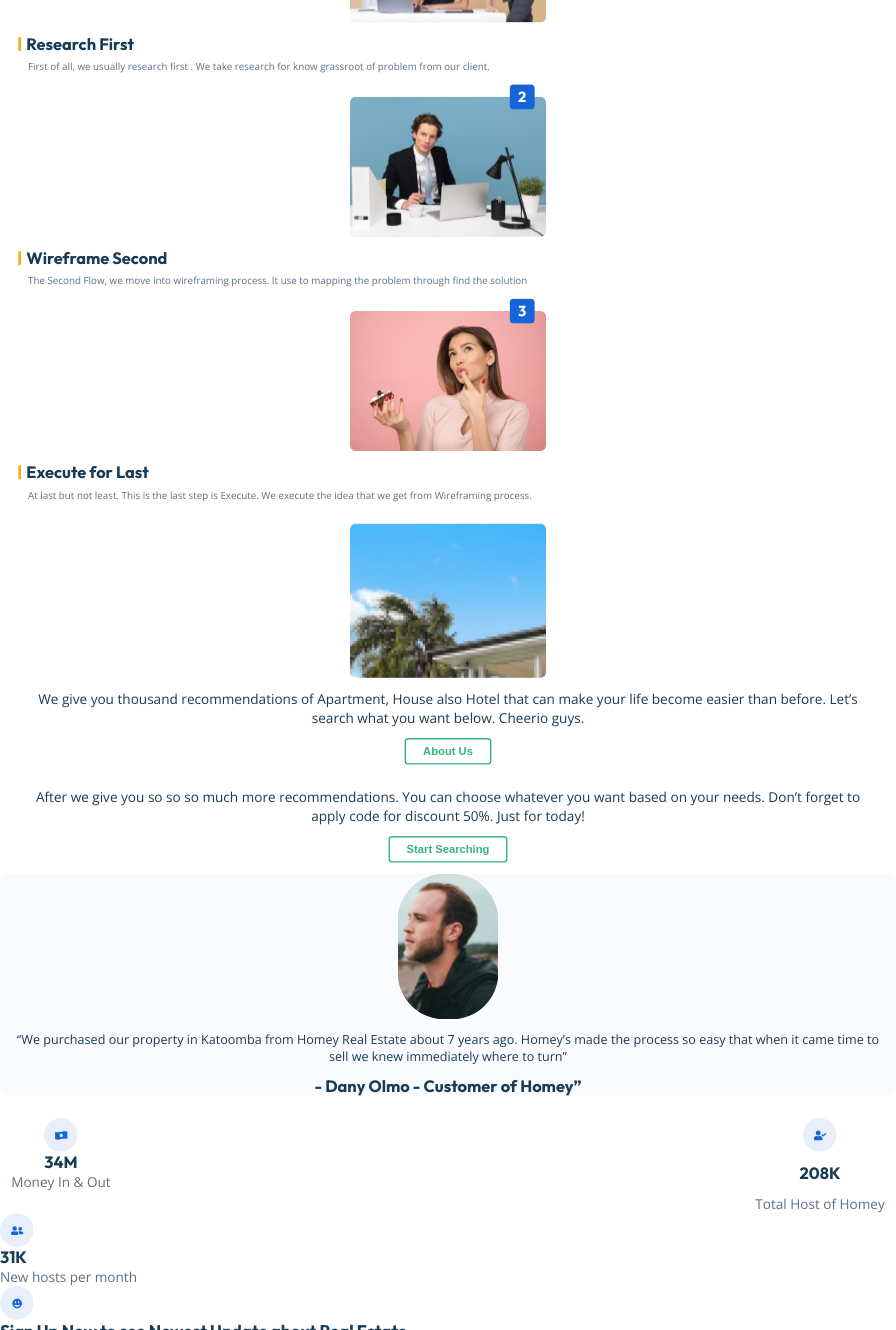
Repository: gustavoRichardt/prova-front
Page: index.html
An editor plug-in stored every save of this project. The page is shown before and after the next save, followed by the edit.
The browser window is 1280 px wide. The pictures show the part of the page from y = 2886 to 4786 px (the page is 5695 px tall before and 5673 px after), at 70% of full size.
A picture or video elsewhere on the page could not be fetched, so the positions and the page height are approximate.

Above is the page before, as saved 2026-09-01 15:03:50.

### index.html
<!DOCTYPE html>
<html lang="en">
<head>
    <meta charset="UTF-8">
    <meta name="viewport" content="width=device-width, initial-scale=1.0">
    <link rel="stylesheet" href="./style.css">


    <link rel="preconnect" href="https://fonts.googleapis.com">
<link rel="preconnect" href="https://fonts.gstatic.com" crossorigin>
<link href="https://fonts.googleapis.com/css2?family=Newsreader:ital,opsz,wght@0,6..72,200..800;1,6..72,200..800&family=Outfit:wght@100..900&family=Plus+Jakarta+Sans:ital,wght@0,200..800;1,200..800&family=Space+Grotesk:wght@300..700&display=swap" rel="stylesheet">


    <link rel="preconnect" href="https://fonts.googleapis.com">
<link rel="preconnect" href="https://fonts.gstatic.com" crossorigin>
<link href="https://fonts.googleapis.com/css2?family=Open+Sans:ital,wght@0,300..800;1,300..800&display=swap" rel="stylesheet">

<title>Document</title>
</head>
<body>

    <!--Cabeçalho-->

    <header class="cabecalho">
        <img src="imagens/logo.svg" alt="Logo da EHYA.">
        <img src="imagens/menu-hamburguer.svg" alt="Menu hambúrguer.">
    </header>

<main>

    <!--Hero-->

    <section class="hero">

        <h1>Best Real Estate Advice for Your Homey</h1>
        <p>We give you thousand recommendations of Apartment,
           House also Hotel that can make your life become easier than before. Let’s search what you want below</p>

            <!--Bloco de Pesquisa-->

            <div class="bloco-pesquisa">

            <div class="lupa-titulo">
                <img src="imagens/lupa-pesquisa.svg" alt="Lupa de pesquisa.">
                <p>Search City, Adress, or Country</p>
            </div>
                <button class="search-now">Search Now</button>
            </div>

        <div class="imagem-casa-hero">
            <img src="imagens/casa-hero.png" alt="Casa moderna na cor branca.">

            <h3>Don’t worry to Fail. We have Experienced with Big Company’s</h3>

        <!--Conjunto de Logos 1-->

        <div class="conjunto-logos1">
            <img src="imagens/logo-slack.svg" alt="Logo da Slack.">
            <img src="imagens/logo-netflix.svg" alt="Logo da Netflix.">
        </div>

        <!--Conjunto de Logos 2-->

        <div class="conjunto-logos2">
            <img src="imagens/logo-fitbit.svg" alt="Logo da Fitbit">
            <img src="imagens/logo-google.svg" alt="Logo do Google.">
        </div>

        <!--Conjunto de Logos 3-->

        <div class="conjunto-logos3">
            <img src="imagens/logo-airbnb.svg" alt="Logo da Airbnb.">
            <img src="imagens/logo-uber.svg" alt="Logo do Uber.">
        </div>
    </section>

        <!--Underline-->

            <div class="underline">
                <img src="imagens/traço-divisao.svg" alt="Underline usado para realizar a divisão das sessões quando necessário.">
            </div>

            <!--About Us-->

    <section class="about-us">

        <div class="about-us-introducao">
            <h3>ABOUT US</h3>
            <h2>Buying or Rent Homey it’s Very Easy. Just like Click, Search & Find </h2>
            <img src="imagens/casa-about-us.svg" alt="Casa minimalista na cor branca.">
        </div>


        <!--Digital Era-->

        <div class="digital-era">
            <h2>We live on Digital Era. We can help you in Our Expertise about Homey</h2>
            <p>Listing more than one? Enjoy full control over your advertisements, manage your entire space.
                Once you list a property on our platform, you only have to sit back and watch the world want it.</p>
        </div>

        <p>If you’re looking for a real estate service that will operate as an extension to your family - stay with us and see!</p>


        <!--Player e See How We Works-->

    <div class="about-us-veja">
        <img src="imagens/player.svg" alt="Símbolo de um player azul
        (como aqueles para continuar um vídeo no Youtube enquanto o mesmo está pausado).">

        <h3>See How We Works</h3>
        <img src="imagens/seta.svg" alt="Símbolo de uma seta azul.">
    </div>

    <!--Parte da Casa Verde-->

    <div class="about-us-casa-verde">
        <img src="imagens/casa-verde-about-us.svg" alt="Foto de um prédio de madeira na cor verde.">
        <h2>Transparent Commission and Payment under Our Trusted License</h2>
        <p>When your Homey Sold, Buyed or Booked with New Guests. You may to have 50% Commission based on Budget Deals.
           So, Don’t Worry brother :)</p>
    </div>

    <!--Lista de Benefícios-->

        <ul>
            <li>
                <img src="imagens/simbolo-check.svg" alt="Símbolo de check na cor verde.">
                <a>100% Trusted</a>
            </li>

            <li>
                <img src="imagens/simbolo-check.svg" alt="Símbolo de check na cor verde.">
                <a>Indomaret Support</a>
            </li>

            <li>
                <img src="imagens/simbolo-check.svg" alt="Símbolo de check na cor verde.">
                <a>LinkAja or Ovo. Bebas</a>
            </li>

            <li>
                <img src="imagens/simbolo-check.svg" alt="Símbolo de check na cor verde.">
                <a>Customer Support 24/7</a>
            </li>

            <li>
                <img src="imagens/simbolo-check.svg" alt="Símbolo de check na cor verde.">
                <a>Get paid quickly</a>
            </li>
        </ul>
    </section>

    <!--Seção How Us Work-->

    <section class="how-us-work">

    <div class="how-us-work-introducao">

        <h2>Do you want to know, How Us Work?</h2>
        <p>Let me show you the flow of our work. We want to transparent to you.
            We believe, you must know what we work for you. We want to educate you what you face today.</p>
    </div>

    <!--Card 1-->

    <div class="how-us-work-passo1">

        <img src="imagens/passo1-how-us-work.svg" alt="Pessoas em volta de um notebook pesquisando sobre um projeto.
        Com um card com o número 1 acima da imagem, simbolizando o primeiro passo.">
    </div>

        <div class="marcador-titulo-passo1">
            <img src="imagens/marcador-amarelo.svg" alt="Marcador amarelo.">
            <h3>Research First</h3>
        </div>

    <div class="p-passo1">
        <p>First of all, we usually research first . We take research for know grassroot of problem from our client.</p>
    </div>

    <!--Card 2-->

    <div class="how-us-work-passo2">

        <img src="imagens/passo2-how-us-work.svg" alt="Homem sentado em sua mesa de trabalho olhando para o horizonte em busca de soluções.
        Com um card com o número 2 acima da imagem, simbolizando o segundo passo.">
    </div>

        <div class="marcador-titulo-passo2">
            <img src="imagens/marcador-amarelo.svg" alt="Marcador amarelo.">
            <h3>Wireframe Second</h3>
        </div>

    <div class="p-passo2">
        <p>The Second Flow, we move into wireframing process. It use to mapping the problem through find the solution</p>
    </div>

    <!--Card 3-->

    <div class="how-us-work-passo3">

        <img src="imagens/passo3-how-us-work.svg" alt="Mulher comendo um doce, simbolizando a etapa final do processo.
         Com um card com o número 3 acima da imagem, simbolizando o terceiro passo.">
    </div>

         <div class="marcador-titulo-passo3">
            <img src="imagens/marcador-amarelo.svg" alt="Marcador amarelo.">
            <h3>Execute for Last</h3>
         </div>

    <div class="p-passo3">
         <p>At last but not least. This is the last step is Execute. We execute the idea that we get from Wireframing process.</p>
    </div>

    <div class="recomendacoes">
        <div class="imagem-recomendacoes">
            <img src="imagens/casa-how-us-work.png" alt="Casa de madeira com dois andares na cor branca.">
        </div>
            <p>We give you thousand recommendations of Apartment, House also Hotel that can make your life become easier than before.
                Let’s search what you want below. Cheerio guys.</p>
    </div>

    <!--Botão About Us-->

    <div class="how-us-work-about-us">
        <button class="button-about-us">About Us</button>

        <p>After we give you so so so much more recommendations.
            You can choose whatever you want based on your needs. Don’t forget to apply code for discount 50%. Just for today!</p>
    </div>

    <!--Botão Start Searching-->

        <button class="start-searching">Start Searching</button>
    </section>

    <!--Dany Olmo-->

    <section class="dany-olmo">

        <img src="imagens/dany-olmo.svg" alt="Foto de rosto de Dany Olmo, Cliente da Homey.">
        <p>“We purchased our property in Katoomba from Homey Real Estate about 7 years ago.
            Homey’s made the process so easy that when it came time to sell we knew immediately where to turn”</p>

        <h3>- Dany Olmo - Customer of Homey”</h3>
    </section>

    <section class="dados">

        <!--Dados-->

    <div class="conjunto-dados1">
        <div class="dinheiro">

            <img src="imagens/dinheiro.svg" alt="Desenho de uma nota de dinheiro.">
            <h3>34M</h3>
            <p>Money In & Out</p>
        </div>

        <div class="total-hospedeiros">

            <img src="imagens/total-hospedeiros.svg" alt="Desenho de uma pessoa com um símbolo de chech do lado.">
            <h3>208K</h3>
            <p>Total Host of Homey</p>
        </div>
    </div>

        <div class="novos-hospedeiros">

            <img src="imagens/novos-hospedeiros.svg" alt="Duas pessoas lado a lado.">
            <h3>31K</h3>
            <p>New hosts per month</p>
        </div>

        <div class="clientes-felizes">

            <img src="imagens/clientes-felizes.svg" alt="Desenho de uma carinha com um sorriso.">
        </div>
    </section>

    <!--Cadastre-se-->

    <section class="cadastre-se">

        <h2>Sign Up Now to see Newest Update about Real Estate</h2>
        <p>Just insert your email into the field below. You already can to know update about Real Estate from entire the world.
            What are you waiting for?</p>

        <button class="email">
            <p>Your email</p>
            <img src="imagens/email.svg" alt="Símbolo da caixa de entrada do email.">
        </button>

        <p>You can Unsubsribe anytime when you feels our notif is diturbing</p>
    </section>

</main>

    <footer class="rodape">

        <!--Rodapé-->

        <ul class="rodape-product">
            <p>Product</p>
            <li><a>Landingpage</a></li>
            <li><a>Features</a></li>
            <li><a>Documentation</a></li>
            <li><a>Referral Program</a></li>
            <li><a>Pricing</a></li>
        </ul>

        <ul class="rodape-services">
            <p>Services</p>
            <li><a>Documentation</a></li>
            <li><a>Design</a></li>
            <li><a>Themes</a></li>
            <li><a>Illustrations</a></li>
            <li><a>UI Kit</a></li>
        </ul>

        <ul class="rodape-company">
            <p>Company</p>
            <li><a>About</a></li>
            <li><a>Terms</a></li>
            <li><a>Privacy Policy</a></li>
            <li><a>Careers</a></li>
        </ul>

        <ul class="rodape-more">
            <p>More</p>
            <li><a>Documentation</a></li>
            <li><a>License</a></li>
            <li><a>Changelog</a></li>
        </ul>

        <!--Final do Rodapé-->

        <img src="imagens/logo.svg" alt="Logo da EHYA.">
        <p>Build a modern and creative website with crealand</p>
        <img src="imagens/logo-redes-sociais.svg">

    </footer>

</body>
</html>

### style.css
*{
    box-sizing: border-box;
    margin: 0;
    padding: 0;
}

html, body {
    width: 100%;
    max-width: 100vw;
    overflow-x: hidden;
}

img {
    max-width: 100%;
    height: auto;
    display: block;
}

h1 {
    font-family: "Outfit", sans-serif;
    color: #183B56;
    text-align: center;
    margin-top: 3rem;
    margin-bottom: 2rem;

    font-size: clamp(2rem, 1.5714rem + 2.1429vw, 3.5rem);
}

h2 {
    color: #183B56;
    font-family: "Outfit", sans-serif;
}

h3 {
    font-family: "Outfit", sans-serif;
    color: #183B56;

    font-size: clamp(1.25rem, 1.1786rem + 0.3571vw, 1.5rem);
}

p {
    font-family: "Open Sans", sans-serif;
    color: #5A7184;

    font-size: clamp(1rem, 0.9286rem + 0.3571vw, 1.25rem);
}

/*Cabeçalho*/

.cabecalho {
    display: flex;
    justify-content: space-between;
    margin: 1rem;
}

/*Hero*/

.hero p {
    margin-left: 1rem;
    margin-right: 1rem;
    text-align: center;
}

.bloco-pesquisa {
    border-radius: 10px;
    background-color: white;
}

.lupa-titulo {
    display: flex;
    margin-top: 2rem;
    justify-content: center;
}

.search-now {
    background-color: #1565D8;
    color: white;
    display: block;
    margin: 0 auto;
    border: none;
    border-radius: 5px;
    margin-top: 1rem;
    margin-bottom: 1rem;

    font-size: clamp(1rem, 0.9643rem + 0.1786vw, 1.125rem);

    padding-top: 1rem;
    padding-bottom: 1rem;
    padding-left: 6rem;
    padding-right: 6rem;
}

.hero h3 {
    margin-left: 1rem;
    margin-right: 1rem;
    margin-bottom: 2rem;
    margin-top: 2rem;

    text-align: center;
}

.conjunto-logos1 {
    display: flex;
    gap: 3rem;
    justify-content: space-around;
    margin-left: 1rem;
    margin-right: 1rem;
    margin-bottom: 2rem;

}

.conjunto-logos2 {
    display: flex;
    gap: 3rem;
    justify-content: space-around;
    margin-left: 1rem;
    margin-right: 1rem;
    margin-bottom: 2rem;
}

.conjunto-logos3 {
    display: flex;
    gap: 3rem;
    justify-content: space-around;
    margin-left: 1rem;
    margin-right: 1rem;
    margin-bottom: 2rem;
}

.underline {
    margin-top: 2rem;
    margin-bottom: 3rem;
    display: flex;
    justify-content: center;
}

/*About Us*/

.about-us-introducao h3 {
    color: #36B37E;
    display: flex;
    justify-content: center;
    margin-bottom: 1rem;

    text-align: center;

    font-size: clamp(0.875rem, 0.875rem + 0vw, 0.875rem);
}

.about-us-introducao h2 {
    font-size: clamp(1.75rem, 1.6071rem + 0.7143vw, 2.25rem);
    font-family: "Outfit", sans-serif;
    color: #183B56;
    text-align: center;
    margin-bottom: 1rem;
    margin-left: 1rem;
    margin-right: 1rem;

    font-weight: 400;
}

.about-us-introducao img {
    display: block;
    margin: 0 auto;
    margin-bottom: 2rem;
}

.digital-era h2 {
    font-size: clamp(1.5rem, 1.3571rem + 0.7143vw, 2rem);

    text-align: center;
    margin-left: 1.25rem;
    margin-right: 1.25rem;
    margin-bottom: 2rem;
}

.digital-era p {
    margin-bottom: 1rem;
    text-align: center;
}

.about-us p {
    text-align: center;
    margin-left: 1.5rem;
    margin-right: 1.5rem;
}

.about-us-veja {
    display: flex;
    justify-content: center;
    margin-top: 1rem;
    margin-bottom: 3rem;
    gap: 0.5rem;
}

.about-us-veja h3 {
    margin-top: 0.3rem;
    color:#1565D8;
    text-align: center;
}

.about-us-casa-verde img {
    display: block;
    margin: 0 auto;
}

.about-us-casa-verde h2 {
    text-align: center;
    margin-top: 2rem;
    margin-bottom: 1rem;
}

.about-us-casa-verde p {
    margin-left: 1.25rem;
    margin-right: 1.25rem;

    margin-bottom: 2rem;
}

.about-us ul {
    font-family: "Open Sans", sans-serif;
    color: #183B56;
    text-decoration: none;
    font-size: clamp(1rem, 1rem + 0vw, 1rem);
}

.about-us li {
    display: flex;
    justify-content: center;
    margin-bottom: 1rem;
    gap: 0.5rem;
}

/*How Us Work*/

.how-us-work h2 {
    font-size: clamp(1.75rem, 1.6071rem + 0.7143vw, 2.25rem);
    text-align: center;
    margin-bottom: 1rem;
}

.how-us-work p {
    color: #183B56;
    margin-left: 1.25rem;
    margin-right: 1.25rem;
    text-align: center;

    margin-bottom: 1rem;
}

/*Card 1*/

.how-us-work-passo1 img {
    display: block;
    margin: 0 auto;
}

.marcador-titulo-passo1 {
    display: flex;
    gap: 0.5rem;

    margin-top: 1rem;
    margin-bottom: 0.5rem;
    margin-left: 1.6rem;
}

.p-passo1 p {
    text-align: left;
    margin-left: 2.5rem;
    font-size: clamp(0.875rem, 0.875rem + 0vw, 0.875rem);
    color: #5A7184;
}

/*Card 2*/

.how-us-work-passo2 img {
    display: block;
    margin: 0 auto;
}

.marcador-titulo-passo2 {
    display: flex;
    gap: 0.5rem;

    margin-top: 1rem;
    margin-bottom: 0.5rem;
    margin-left: 1.6rem;
}

.p-passo2 p {
    text-align: left;
    margin-left: 2.5rem;
    font-size: clamp(0.875rem, 0.875rem + 0vw, 0.875rem);
    color: #5A7184;
}

/*Card 3*/

.how-us-work-passo3 img {
    display: block;
    margin: 0 auto;
}

.marcador-titulo-passo3 {
    display: flex;
    gap: 0.5rem;

    margin-top: 1rem;
    margin-bottom: 0.5rem;
    margin-left: 1.6rem;
}

.p-passo3 p {
    text-align: left;
    margin-left: 2.5rem;
    margin-bottom: 2rem;
    font-size: clamp(0.875rem, 0.875rem + 0vw, 0.875rem);
    color: #5A7184;
}

.recomendacoes img {
    display: block;
    margin: 0 auto;
    margin-bottom: 1rem;
}

.recomendacoes p {
    margin-left: 1.5rem;
    margin-right: 1.5rem;
}

.button-about-us {
    border-radius: 5px;
    border: 2px solid #36B37E;
    background-color: white;
    color: #36B37E;
    font-weight: bolder;

    padding-left: 1.5rem;
    padding-right: 1.5rem;
    padding-bottom: 0.5rem;
    padding-top: 0.5rem;

    font-size: 16px;

    display: block;
    margin: 0 auto;
}

.how-us-work-about-us p {
    margin-top: 2rem;
    margin-left: 1.75rem;
    margin-right: 1.75rem;
}

.start-searching {
    border-radius: 5px;
    border: 2px solid #36B37E;
    background-color: white;
    color: #36B37E;
    font-weight: bolder;

    padding-left: 1.5rem;
    padding-right: 1.5rem;
    padding-bottom: 0.5rem;
    padding-top: 0.5rem;

    font-size: 16px;

    display: block;
    margin: 0 auto;
    margin-bottom: 1rem;
}

/*Dany Olmo*/

.dany-olmo {
    border-radius: 10px;
    background-color: #F9FBFE;
}

.dany-olmo img {
    display: block;
    margin: 0 auto;
    margin-bottom: 1rem;
}

.dany-olmo p {
    margin-left: 1.5rem;
    margin-right: 1.5rem;
    margin-bottom: 1rem;

    color: #183B56;
    font-size: 18px;
    font-weight: 350;
    text-align: center;
}

.dany-olmo h3 {
    text-align: center;
}

/*Dados*/

.dinheiro {
    margin-top: 2rem;
    display: flex;
    flex-direction: column;
    align-items: center;
}

.dinheiro img {
    width: 48px;
    height: 48px;
}

.total-hospedeiros {
    margin-top: 2rem;
    display: flex;
    flex-direction: column;
    gap: 1rem;
    align-items: center;
}

.total-hospedeiros img {
    width: 48px;
    height: 48px;
}

.conjunto-dados1 {
    display: flex;
   justify-content: space-between;
   margin-left: 1rem;
   margin-right: 1rem;
}

### imagens/menu-hamburguer.svg
<svg width="24" height="24" viewBox="0 0 24 24" fill="none" xmlns="http://www.w3.org/2000/svg">
<path d="M21.9102 18.4971C22.5121 18.4972 23 18.9893 23 19.5967C23 20.2041 22.5121 20.6962 21.9102 20.6963H2.08984C1.48792 20.6962 1 20.2041 1 19.5967C1.00002 18.9893 1.48793 18.4972 2.08984 18.4971H21.9102ZM21.9102 10.748C22.5121 10.7482 23 11.2412 23 11.8486C22.9999 12.4559 22.512 12.9481 21.9102 12.9482H2.08984C1.48801 12.9481 1.00014 12.4559 1 11.8486C1 11.2412 1.48792 10.7482 2.08984 10.748H21.9102ZM21.9102 3C22.512 3.00013 22.9998 3.49236 23 4.09961C23 4.70704 22.5121 5.20006 21.9102 5.2002H2.08984C1.48792 5.20006 1 4.70704 1 4.09961C1.00021 3.49236 1.48805 3.00013 2.08984 3H21.9102Z" fill="#3A4C66"/>
</svg>

### imagens/lupa-pesquisa.svg
<svg width="19" height="19" viewBox="0 0 19 19" fill="none" xmlns="http://www.w3.org/2000/svg">
<path d="M17.7539 15.5742L14.2383 12.0586C14.0625 11.918 13.8516 11.8125 13.6406 11.8125H13.0781C14.0273 10.582 14.625 9.03516 14.625 7.3125C14.625 3.30469 11.3203 0 7.3125 0C3.26953 0 0 3.30469 0 7.3125C0 11.3555 3.26953 14.625 7.3125 14.625C9 14.625 10.5469 14.0625 11.8125 13.0781V13.6758C11.8125 13.8867 11.8828 14.0977 12.0586 14.2734L15.5391 17.7539C15.8906 18.1055 16.418 18.1055 16.7344 17.7539L17.7188 16.7695C18.0703 16.4531 18.0703 15.9258 17.7539 15.5742ZM7.3125 11.8125C4.81641 11.8125 2.8125 9.80859 2.8125 7.3125C2.8125 4.85156 4.81641 2.8125 7.3125 2.8125C9.77344 2.8125 11.8125 4.85156 11.8125 7.3125C11.8125 9.80859 9.77344 11.8125 7.3125 11.8125Z" fill="#5A7184"/>
</svg>

### imagens/traço-divisao.svg
<svg width="281" height="1" viewBox="0 0 281 1" fill="none" xmlns="http://www.w3.org/2000/svg">
<path d="M0.5 0.5H280.5" stroke="#E5EAF4" stroke-linecap="square"/>
</svg>

### imagens/player.svg
<svg width="37" height="37" viewBox="0 0 37 37" fill="none" xmlns="http://www.w3.org/2000/svg">
<g opacity="0.2">
<path fill-rule="evenodd" clip-rule="evenodd" d="M18.375 36.375C28.3161 36.375 36.375 28.3161 36.375 18.375C36.375 8.43387 28.3161 0.375 18.375 0.375C8.43387 0.375 0.375 8.43387 0.375 18.375C0.375 28.3161 8.43387 36.375 18.375 36.375Z" stroke="#1565D8" stroke-width="0.75"/>
</g>
<rect x="4.875" y="4.875" width="27" height="27" rx="13.5" fill="#1565D8"/>
<path d="M24.3438 18.5039C25.1914 19.0234 25.1914 20.2539 24.3438 20.7734L14.7188 26.4609C13.8438 26.9805 12.75 26.3516 12.75 25.3125V13.9375C12.75 12.8164 13.9258 12.3516 14.7188 12.8164L24.3438 18.5039Z" fill="white"/>
</svg>

### imagens/seta.svg
<svg width="13" height="13" viewBox="0 0 13 13" fill="none" xmlns="http://www.w3.org/2000/svg">
<path d="M5.19531 0.847656L5.79688 0.246094C6.07031 0 6.48047 0 6.72656 0.246094L12.0586 5.55078C12.3047 5.82422 12.3047 6.23438 12.0586 6.48047L6.72656 11.8125C6.48047 12.0586 6.07031 12.0586 5.79688 11.8125L5.19531 11.2109C4.94922 10.9375 4.94922 10.5273 5.19531 10.2539L8.50391 7.10938H0.65625C0.273438 7.10938 0 6.83594 0 6.45312V5.57812C0 5.22266 0.273438 4.92188 0.65625 4.92188H8.50391L5.19531 1.80469C4.94922 1.53125 4.92188 1.12109 5.19531 0.847656Z" fill="#1565D8"/>
</svg>

### imagens/simbolo-check.svg
<svg width="15" height="12" viewBox="0 0 15 12" fill="none" xmlns="http://www.w3.org/2000/svg">
<g id="Icon">
<path id="Icon_2" d="M5.09764 10.957L0.205078 6.09374C0.0683591 5.95702 0 5.78124 0 5.56639C0 5.35155 0.0683591 5.17577 0.205078 5.03905L1.28906 3.98437C1.42578 3.82812 1.59668 3.75 1.80175 3.75C2.00683 3.75 2.1875 3.82812 2.34374 3.98437L5.62499 7.26561L12.6562 0.234374C12.8125 0.078125 12.9931 0 13.1982 0C13.4033 0 13.5742 0.078125 13.7109 0.234374L14.7949 1.28906C14.9316 1.42578 15 1.60156 15 1.8164C15 2.03125 14.9316 2.20703 14.7949 2.34374L6.15233 10.957C6.01561 11.1133 5.83983 11.1914 5.62499 11.1914C5.41014 11.1914 5.23436 11.1133 5.09764 10.957Z" fill="#36B37E"/>
</g>
</svg>

### imagens/marcador-amarelo.svg
<svg width="4" height="20" viewBox="0 0 4 20" fill="none" xmlns="http://www.w3.org/2000/svg">
<rect width="4" height="20" rx="1" fill="#FAAD13"/>
</svg>

Loaded but not shown: imagens/logo-fitbit.svg (13 lines, source omitted); imagens/logo-airbnb.svg (3 lines, source omitted); imagens/logo-redes-sociais.svg (32 lines, source omitted); imagens/logo-slack.svg (15 lines, source omitted); imagens/logo.svg (10 lines, source omitted); imagens/logo-google.svg (8 lines, source omitted); imagens/logo-uber.svg (6 lines, source omitted); imagens/passo3-how-us-work.svg (16 lines, source omitted); imagens/logo-netflix.svg (3 lines, source omitted); imagens/passo2-how-us-work.svg (16 lines, source omitted); imagens/clientes-felizes.svg (4 lines, source omitted); imagens/novos-hospedeiros.svg (4 lines, source omitted); imagens/total-hospedeiros.svg (4 lines, source omitted); imagens/dinheiro.svg (4 lines, source omitted); imagens/dany-olmo.svg (14 lines, source omitted)

After the next save:
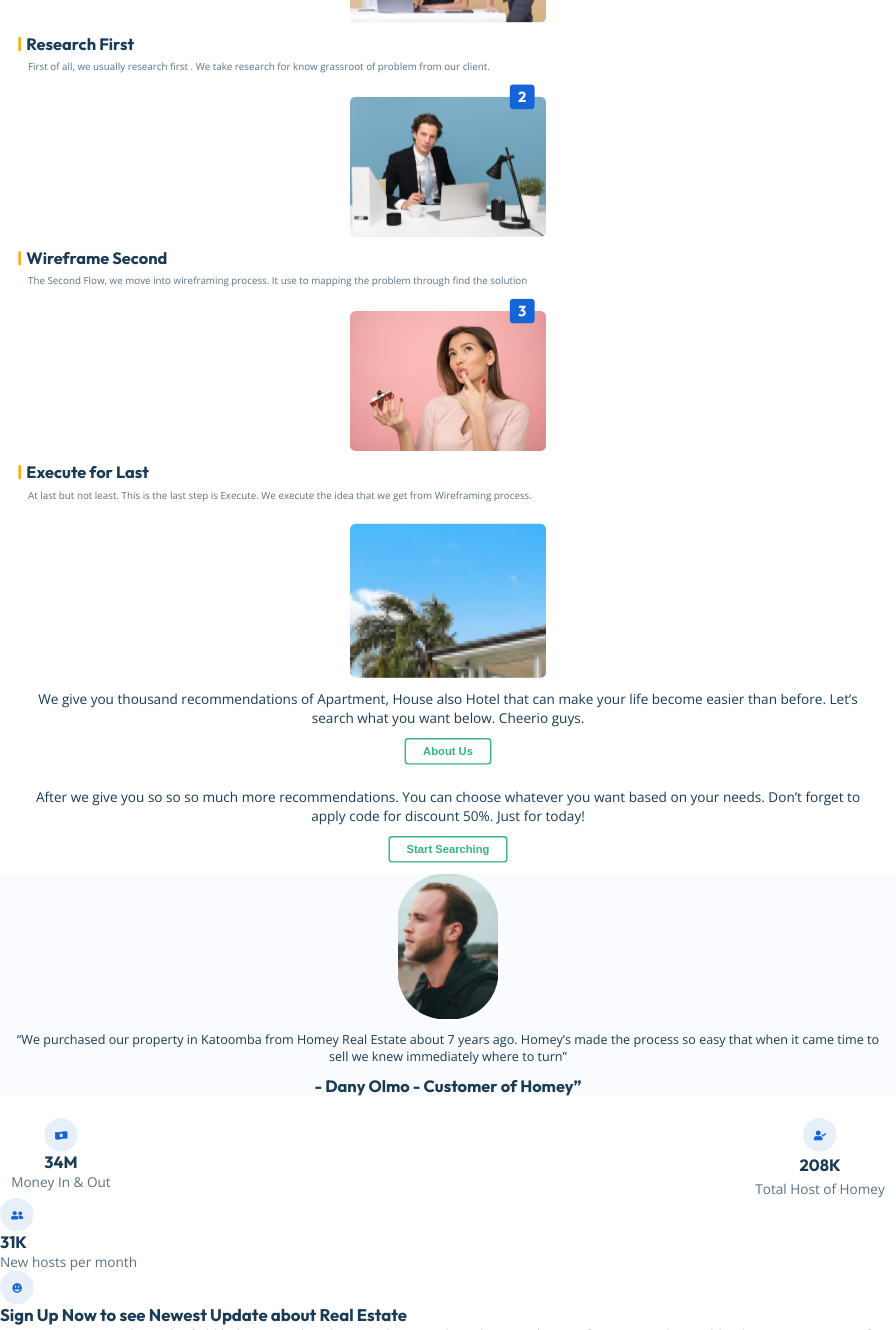
Saved 6 s later.
--- a/style.css
+++ b/style.css
@@ -418,7 +418,7 @@
     margin-top: 2rem;
     display: flex;
     flex-direction: column;
-    gap: 1rem;
+    gap: 5px;
     align-items: center;
 }
 
